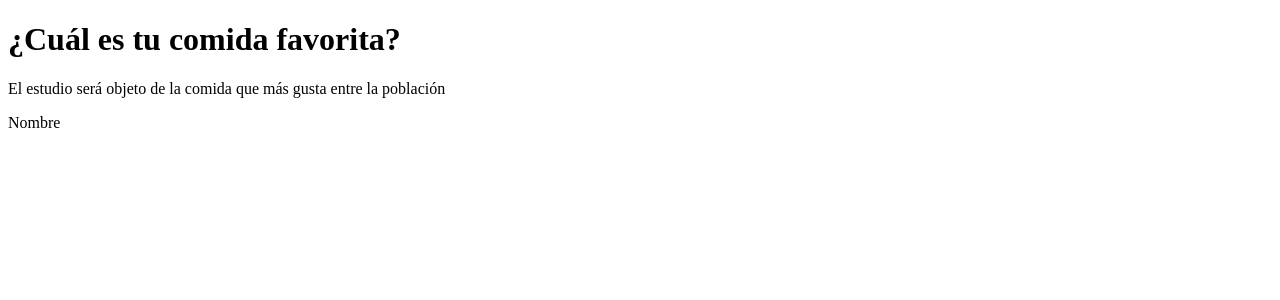
Repository: Fidesone/Form
Page: form/Index.html
The author's editor kept a copy of each file at every save. The page is drawn from the files as they stood at one save, then again after the next save.
The browser window is 1280 px wide. The pictures show the whole page.

Above is the page before, as saved 2020-09-22 18:32:37.

After the next save:
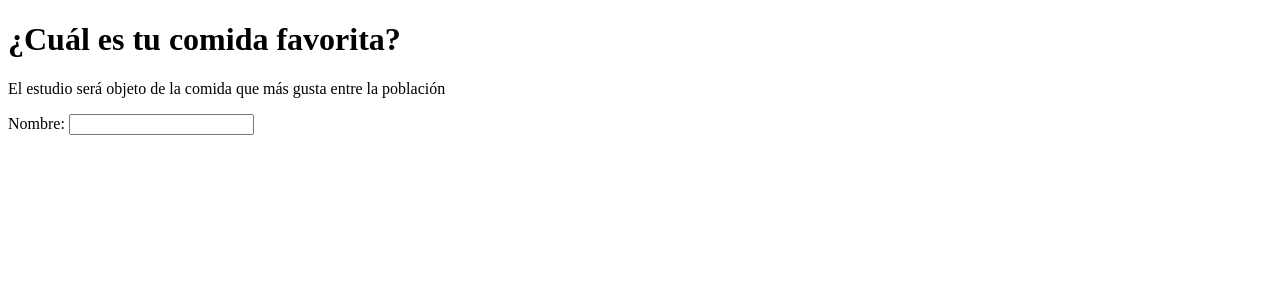
Saved 3 min 15 s later.
--- a/form/Index.html
+++ b/form/Index.html
@@ -8,7 +8,7 @@
 <h1 id="title">¿Cuál es tu comida favorita?</h1>
 <p id="desciption">El estudio será objeto de la comida que más gusta entre la población</p>
 <form id="survey-form">
-	<p id="name">Nombre</p>
+	<p id="name">Nombre: <input type="text"></p>
 
 </form>
 </body>
